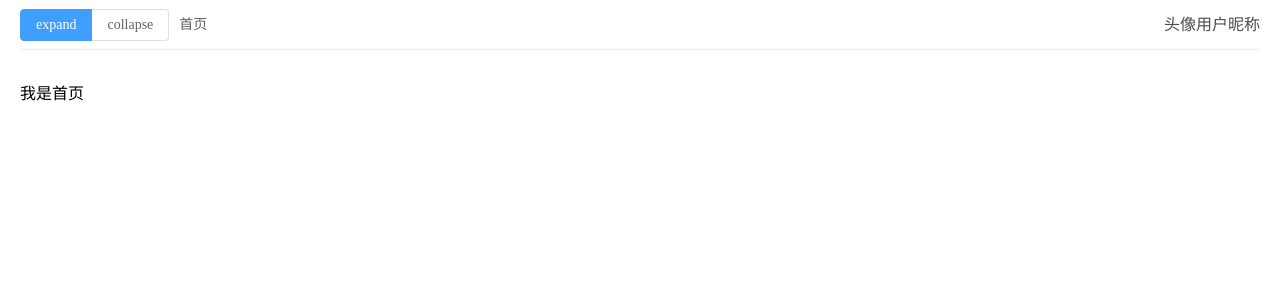
Repository: 202100202078/SignInBox
Page: /admin/index
An editor plug-in stored every save of this project. The page is shown before and after the next save, followed by the edit.
The browser window is 1280 px wide. The pictures show the whole page.
The project was rebuilt for these pictures with package versions that can differ from the ones it lists, and the page was loaded fresh each time. Also part of the build but not shown: vite.config.js, src/components/FilterLayout.vue, src/components/PageFooter.vue, src/components/TableLayout.vue, src/components/ToolTip.vue, src/assets/fonts/iconfont/iconfont.js.

Above is the page before, as saved 2024-01-29 18:47:57.

After the next save:
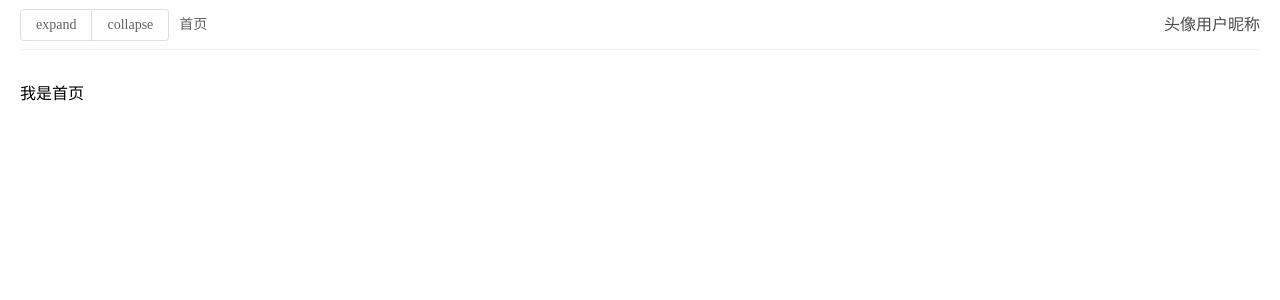
Saved 9 s later.
--- a/src/views/admin/layout/SystemPage.vue
+++ b/src/views/admin/layout/SystemPage.vue
@@ -6,7 +6,6 @@ import { useUserStore } from '@/stores/modules/user.js'
 const userStore = useUserStore()
 const route = useRoute()
 const router = useRouter()
-const isCollapse = ref(false)
 
 const activeIndex = ref('')
 
